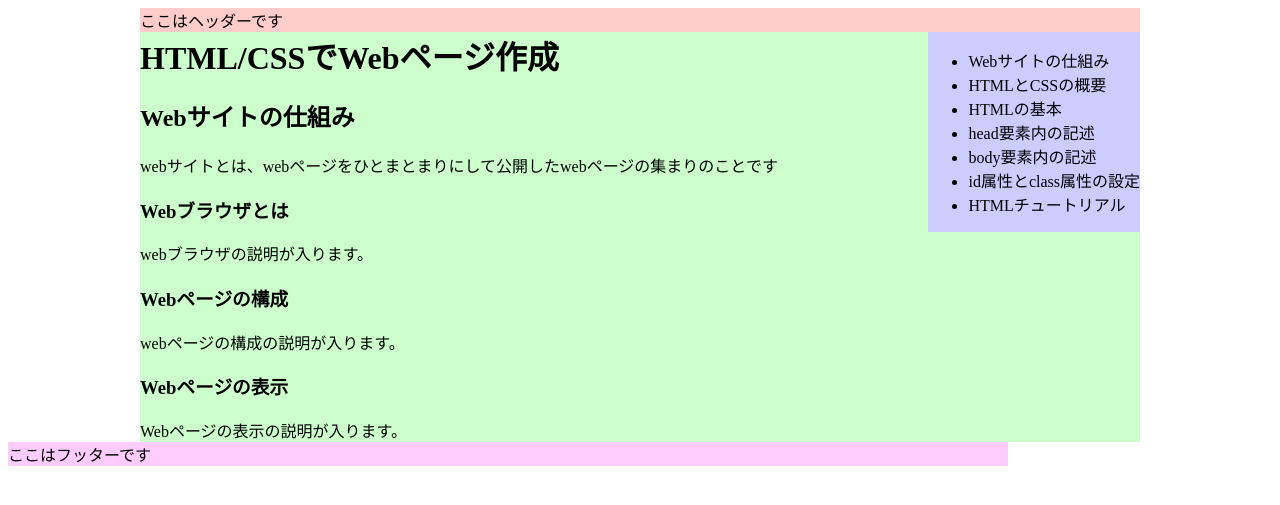
Repository: tak-hs/first-git
Page: kadai-html.html
The author's editor kept a record of every edit. The page is drawn from the files as they stood at one moment, then again after the next edit.
The browser window is 1280 px wide. The pictures show the whole page.

Above is the page before.

### kadai-html.html
<!DOCTYPE html>
<html lang="ja">
    <head>
        <meta charset="utf-8">
        <title>HTML/CSSでWebページ作成</title>
        <link rel="stylesheet" href="./kadai-css.css">
    </head>
    <body>
        <header>
            <p>ここはヘッダーです</p>
            <nav id="global_navi">
                <ul>
                    <li>Webサイトの仕組み</li>
                    <li>HTMLとCSSの概要</li>
                    <li>HTMLの基本</li>
                    <li>head要素内の記述</li>
                    <li>body要素内の記述</li>
                    <li>id属性とclass属性の設定</li>
                    <li>HTMLチュートリアル</li>
                </ul>
        </header>
        <div id="wrapper"  class="clearfix">
            <div id="main">
              <h1>HTML/CSSでWebページ作成</h1>
              <h2>Webサイトの仕組み</h2>
              <p>webサイトとは、webページをひとまとまりにして公開したwebページの集まりのことです</p>

              <nav id="menu">
                <h3>Webブラウザとは</h3>
                <p>webブラウザの説明が入ります。</p>

                <h3>Webページの構成</h3>
                <p>webページの構成の説明が入ります。</p>

                <h3>Webページの表示</h3>
                <p>Webページの表示の説明が入ります。</p>
              </nav>

            </div>
        </div>

        <footer>
            <p>ここはフッターです</p>
        </footer>

    </body>
</html>

### kadai-css.css
@charset "UTF-8";

header{
    width:1000px;
    margin:0 auto;
    background-color:#ffcccc;
}

header p{
    margin:0 0;
}

#global_navi{
    float:right;
    margin:0 auto;
    background-color:#ccccff;
}

#wrapper{
    width:1000px;
    margin:0 auto;
}

.clearfix::after {
    content: '';
    display: block;
    clear: both;
}

#main{
    background-color: #ccffcc;
}

#main h1,
#menu p,
footer p{
    margin:0 0;
}

footer{
    width:1000px;
    margin-top:0;
    background-color: #ffccff;
}

After the next edit:
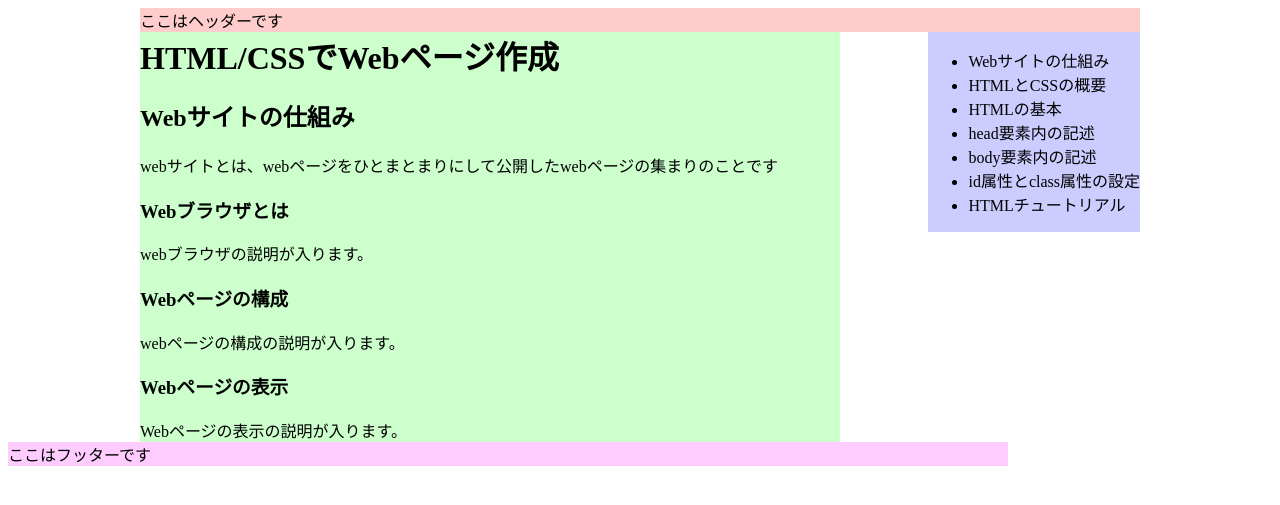
The edit:
--- a/kadai-css.css
+++ b/kadai-css.css
@@ -28,6 +28,7 @@
 }
 
 #main{
+    width:700px;
     background-color: #ccffcc;
 }
 
